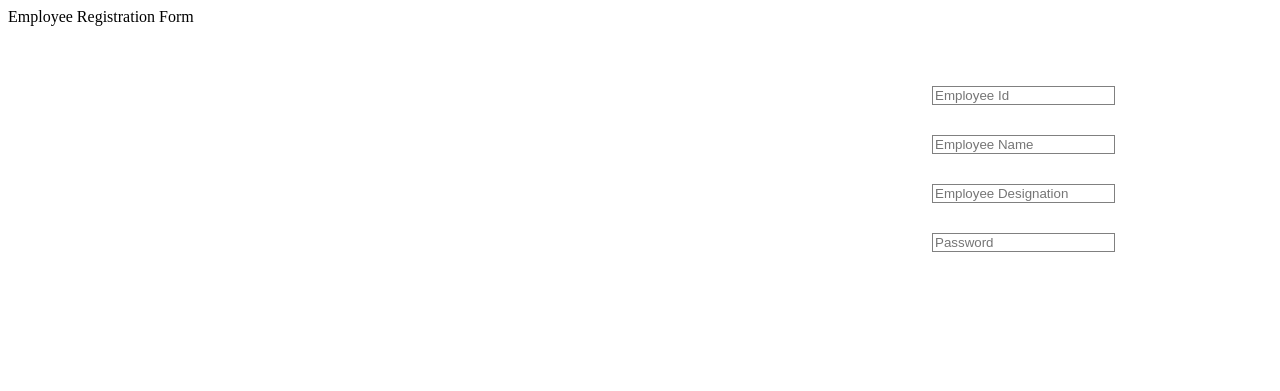
Repository: robin9533/Basic-Programs-App.
Page: GW-Genial Work Proj/GT_GenialToil/WebContent/EmployeeSignup.html
These files come from the project's save history. The page is drawn as it stood at one moment and after the next save; the edit follows.
The browser window is 1280 px wide. The pictures show the whole page.

Above is the page before, as saved 2019-05-10 06:56:14.

After the next save:
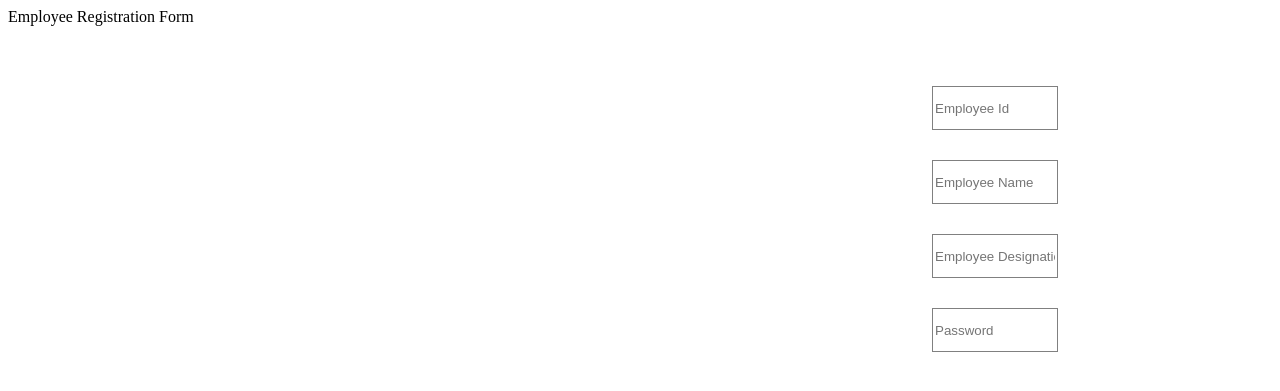
Saved 53 s later.
--- a/GW-Genial Work Proj/GT_GenialToil/WebContent/EmployeeSignup.css
+++ b/GW-Genial Work Proj/GT_GenialToil/WebContent/EmployeeSignup.css
@@ -12,6 +12,8 @@
 	margin-right: 100px
 }
 .registrationblock input{
+	width: 120px;
+	height:40px;
 	margin-top: 30px;
 	margin-left:10px;
 	border: none;
